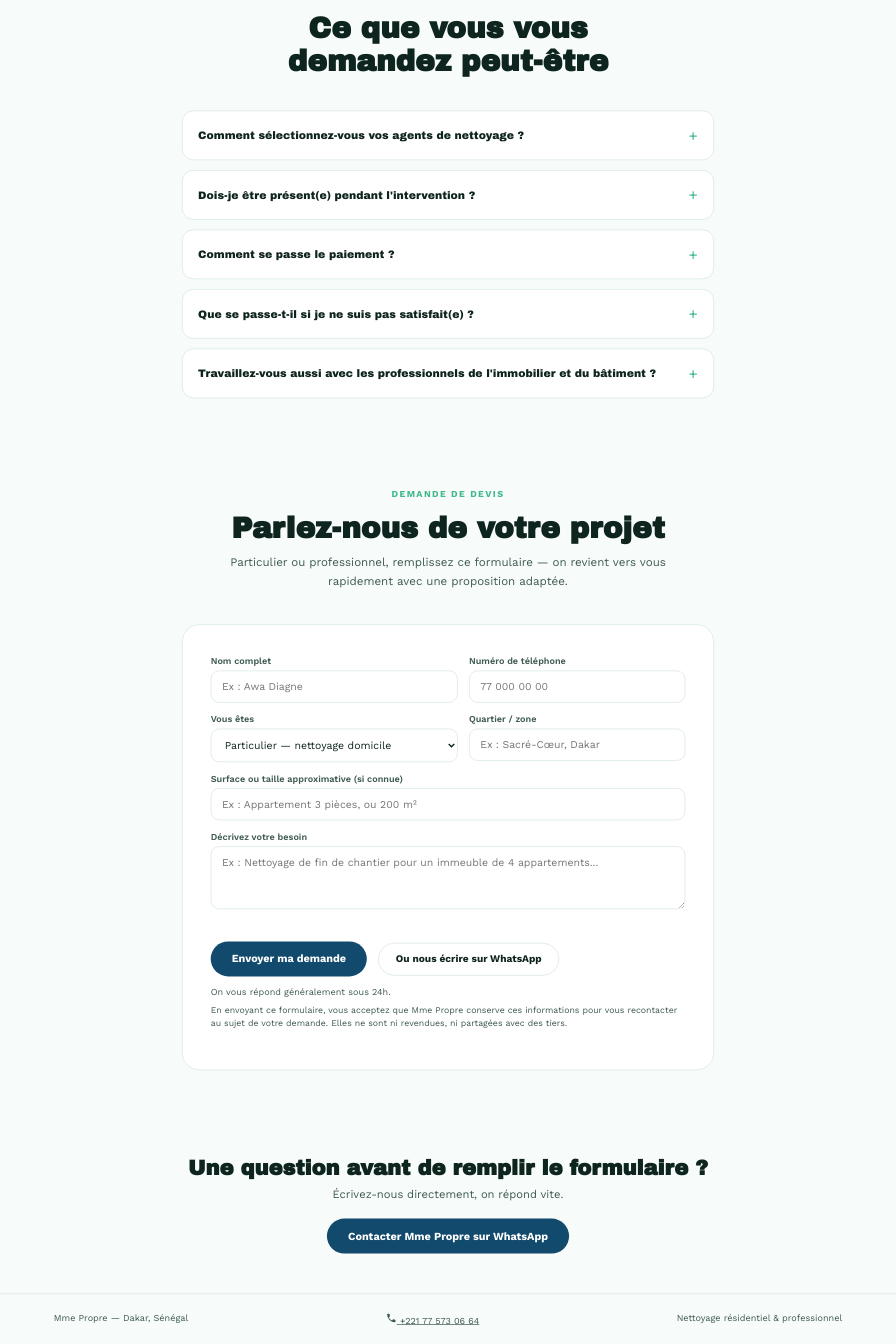
Repository: AntaaaKD/Mme-Propre
Page: index.html
The author's editor kept a copy of each file at every save. The page is drawn from the files as they stood at one save, then again after the next save.
The browser window is 1280 px wide. The pictures show the part of the page from y = 2467 to 4387 px (the page is 4387 px tall before and 4375 px after), at 70% of full size.

Above is the page before, as saved 2026-07-29 01:02:14.

### index.html
<!DOCTYPE html>
<html lang="fr">
<head>
<meta charset="UTF-8">
<meta name="viewport" content="width=device-width, initial-scale=1.0">
<title>Mme Propre — La propreté de votre demeure, en un clic</title>
<meta name="description" content="Nettoyage résidentiel et professionnel à Dakar : particuliers, bureaux, post-chantier. Agents de confiance, devis gratuit sous 24h.">

<!-- Aperçu de lien (WhatsApp, Facebook, etc.) -->
<meta property="og:type" content="website">
<meta property="og:title" content="Mme Propre — La propreté de votre demeure, en un clic">
<meta property="og:description" content="Nettoyage résidentiel et professionnel à Dakar : particuliers, bureaux, post-chantier. Agents de confiance, devis gratuit sous 24h.">
<meta property="og:image" content="https://images.unsplash.com/photo-1758272421751-963195322eaa?w=1200&auto=format&fit=crop&q=80">
<!-- ⚠️ Remplacer par l'URL réelle une fois le site déployé sur Netlify -->
<meta property="og:url" content="https://mme-propre.netlify.app/">
<meta name="twitter:card" content="summary_large_image">
<link rel="icon" type="image/png" href="data:[embedded picture, 38990 characters]">
<link rel="preconnect" href="https://fonts.googleapis.com">
<link rel="preconnect" href="https://fonts.gstatic.com" crossorigin>
<link href="https://fonts.googleapis.com/css2?family=Archivo+Black&family=Work+Sans:wght@400;500;600;700&display=swap" rel="stylesheet">

<!-- Sécurité : Cloudflare Turnstile -->
<script src="https://challenges.cloudflare.com/turnstile/v0/api.js" async defer></script>

<style>
  :root{
    --surface:#F7FBF9;
    --surface-2:#ECF5F0;
    --ink:#0E241E;
    --ink-soft:#3E5A52;
    --blue:#1D6FA5;
    --blue-deep:#124A6E;
    --mint:#3FB88C;
    --lemon:#F2C230;
    --line:#D6E6DE;
    --display:"Archivo Black", sans-serif;
    --body:"Work Sans", sans-serif;
  }
  *{box-sizing:border-box;}
  body{margin:0;padding:0;background:var(--surface);color:var(--ink);font-family:var(--body);}
  a{color:inherit;}
  section{scroll-margin-top:20px;}

  header{
    display:flex;align-items:center;justify-content:space-between;
    padding:15px 6vw;position:sticky;top:0;background:rgba(247,251,249,0.9);
    backdrop-filter:blur(6px);z-index:20;border-bottom:1px solid transparent;
  }
  .logo{display:flex;align-items:center;}
  .logo img{height:40px;width:auto;display:block;}
  nav{display:flex;align-items:center;gap:28px;}
  nav a.nav-link{font-size:14px;font-weight:600;color:var(--ink-soft);text-decoration:none;}
  .header-cta{
    font-size:14px;font-weight:700;color:#fff;background:var(--blue-deep);
    border-radius:999px;padding:11px 22px;text-decoration:none;
    transition:transform .15s ease;
  }
  .header-cta:hover{transform:translateY(-2px);}
  .header-cta-wa{
  display:inline-flex;align-items:center;gap:8px;background:var(--mint);
  box-shadow:0 6px 16px rgba(63,184,140,0.3);
}
.header-cta-wa:hover{box-shadow:0 10px 22px rgba(63,184,140,0.45);}
  @media (max-width:760px){ nav a.nav-link{display:none;} }

  .hero{position:relative;padding:6vh 6vw 10vh;overflow:hidden;}
  .hero-grid{position:relative;z-index:2;display:grid;grid-template-columns:1.1fr 0.9fr;gap:56px;align-items:center;}
  @media (max-width:860px){.hero-grid{grid-template-columns:1fr;gap:40px;} .hero-image{max-height:320px;}}
  .hero-image{position:relative;border-radius:24px;overflow:hidden;box-shadow:0 24px 50px rgba(14,36,30,0.12);aspect-ratio:1.1;}
  .hero-image img{width:100%;height:100%;object-fit:cover;display:block;}
  .eyebrow{font-size:13px;font-weight:700;letter-spacing:2px;text-transform:uppercase;color:var(--mint);margin-bottom:18px;}
  h1{font-family:var(--display);font-size:clamp(36px,5.5vw,64px);line-height:1.05;margin:0 0 22px;max-width:15ch;}
  h1 .accent{color:var(--blue);}
  .hero p.lead{font-size:18px;color:var(--ink-soft);max-width:46ch;line-height:1.6;margin:0 0 32px;}
  .hero-ctas{display:flex;gap:16px;align-items:center;flex-wrap:wrap;}
  .btn-primary{
    background:var(--mint);color:#fff;font-weight:700;padding:16px 32px;
    border-radius:999px;box-shadow:0 8px 24px rgba(63,184,140,0.25);text-decoration:none;
    transition:transform .2s ease, box-shadow .2s ease;
  }
  .btn-primary:hover{transform:translateY(-2px);box-shadow:0 12px 28px rgba(63,184,140,0.4);}
  .btn-secondary{font-weight:600;color:var(--blue-deep);padding:16px 24px;text-decoration:none;}

  .section{padding:9vh 6vw;}
  .section.alt{background:var(--surface-2);border-top:1px solid var(--line);border-bottom:1px solid var(--line);}
  .section-head{max-width:640px;margin:0 auto 48px;text-align:center;}
  .section-head .eyebrow{justify-content:center;display:flex;}
  .section-head h2{font-family:var(--display);font-size:clamp(28px,3.6vw,42px);margin:0 0 14px;}
  .section-head p{color:var(--ink-soft);font-size:16.5px;line-height:1.6;margin:0;}

    /* ---------- Qui sommes-nous / Valeurs ---------- */
  .values-grid{max-width:900px;margin:0 auto;display:grid;grid-template-columns:repeat(3,1fr);gap:24px;}
  @media (max-width:760px){.values-grid{grid-template-columns:1fr;}}
  .value-card{
    background:#fff;border:1.5px solid var(--line);border-radius:20px;padding:28px 24px;
    text-align:center;transition:transform .18s ease, box-shadow .18s ease;
  }
  .value-card:hover{transform:translateY(-4px);box-shadow:0 16px 32px rgba(14,36,30,0.08);}
  .value-icon{font-size:32px;display:block;margin-bottom:12px;}
  .value-card h4{font-family:var(--display);font-size:16px;margin:0 0 10px;}
  .value-card p{color:var(--ink-soft);font-size:14.5px;line-height:1.55;margin:0;}


  .offers{max-width:1120px;margin:0 auto;display:grid;grid-template-columns:repeat(4,1fr);gap:20px;}
  @media (max-width:980px){.offers{grid-template-columns:repeat(2,1fr);}}
  @media (max-width:560px){.offers{grid-template-columns:1fr;}}
  .offer-card{
    background:#fff;border:1.5px solid var(--line);border-radius:20px;padding:28px 24px;
    display:flex;flex-direction:column;gap:12px;transition:transform .18s ease, box-shadow .18s ease;
  }
  .offer-card:hover{transform:translateY(-4px);box-shadow:0 16px 32px rgba(14,36,30,0.08);}
  .offer-card .emoji{font-size:30px;}
  .offer-card h3{font-family:var(--display);font-size:18px;margin:0;line-height:1.3;}
  .offer-card p{color:var(--ink-soft);font-size:14.5px;line-height:1.55;margin:0;flex:1;}
  .offer-tag{
    align-self:flex-start;font-size:12px;font-weight:700;letter-spacing:0.5px;text-transform:uppercase;
    padding:5px 12px;border-radius:999px;
  }
  .tag-domicile{background:rgba(63,184,140,0.14);color:#1f6b4f;}
  .tag-pro{background:rgba(29,111,165,0.12);color:var(--blue-deep);}
  .offer-quote{font-size:13px;font-weight:600;color:var(--blue);margin-top:2px;}

  .steps{max-width:900px;margin:0 auto;display:grid;grid-template-columns:repeat(3,1fr);gap:28px;}
  @media (max-width:760px){.steps{grid-template-columns:1fr;}}
  .step{text-align:center;}
  .step-num{
    width:44px;height:44px;border-radius:50%;background:var(--blue-deep);color:#fff;
    display:flex;align-items:center;justify-content:center;font-family:var(--display);font-size:17px;
    margin:0 auto 16px;
  }
  .step h4{font-family:var(--display);font-size:17px;margin:0 0 8px;}
  .step p{color:var(--ink-soft);font-size:14.5px;line-height:1.55;margin:0;}

  .form-wrap{max-width:760px;margin:0 auto;background:#fff;border:1.5px solid var(--line);border-radius:24px;padding:44px 40px;}
  @media (max-width:600px){.form-wrap{padding:32px 22px;}}
  .grid{display:grid;grid-template-columns:1fr 1fr;gap:16px;}
  @media (max-width:680px){.grid{grid-template-columns:1fr;}}
  .field{display:flex;flex-direction:column;gap:6px;}
  .field.full{grid-column:1/-1;}
  label{font-size:13px;font-weight:600;color:var(--ink-soft);}
  input,select,textarea{
    font-family:var(--body);font-size:15px;border:1.5px solid var(--line);border-radius:12px;
    padding:13px 15px;background:#fff;color:var(--ink);outline:none;transition:border-color .18s ease;
  }
  input:focus,select:focus,textarea:focus{border-color:var(--blue);}
  textarea{resize:vertical;min-height:90px;}

  .security-row { margin-top: 10px; display: flex; justify-content: center; width: 100%; }

  .submit-row{margin-top:20px;display:flex;align-items:center;gap:16px;flex-wrap:wrap;}
  .btn-whatsapp{
    display:inline-flex;align-items:center;gap:10px;background:var(--mint);color:#fff;border:none;
    border-radius:999px;padding:15px 26px;font-family:var(--body);font-weight:700;font-size:15px;cursor:pointer;
    transition:transform .15s ease, box-shadow .15s ease;
  }
  .btn-whatsapp:hover{transform:translateY(-2px);box-shadow:0 8px 22px rgba(63,184,140,0.35);}
  .btn-whatsapp:disabled{opacity:0.6;cursor:not-allowed;transform:none;}
  .btn-whatsapp-outline{
    display:inline-flex;align-items:center;gap:10px;background:#fff;color:var(--ink);border:1.5px solid var(--line);
    border-radius:999px;padding:14px 24px;font-family:var(--body);font-weight:700;font-size:14.5px;cursor:pointer;
    transition:transform .15s ease, border-color .15s ease;
  }
  .btn-whatsapp-outline:hover{transform:translateY(-2px);border-color:var(--mint);}
  .hint{font-size:13px;color:var(--ink-soft);}
  .privacy-note{font-size:12.5px;color:var(--ink-soft);margin-top:10px;line-height:1.5;}
  .hp-field{position:absolute;left:-9999px;top:-9999px;height:0;width:0;overflow:hidden;}

  .direct{padding:8vh 6vw;text-align:center;}

  /* ---------- FAQ ---------- */
  .faq-list{max-width:760px;margin:0 auto;display:flex;flex-direction:column;gap:14px;}
  .faq-item{
    background:#fff;border:1.5px solid var(--line);border-radius:16px;
    padding:6px 22px;transition:border-color .18s ease;
  }
  .faq-item[open]{border-color:var(--mint);}
  .faq-item summary{
    padding:16px 0;font-family:var(--display);font-size:15.5px;cursor:pointer;
    list-style:none;display:flex;align-items:center;justify-content:space-between;gap:16px;color:var(--ink);
  }
  .faq-item summary::-webkit-details-marker{display:none;}
  .faq-item summary::after{
    content:"+";font-family:var(--body);font-size:22px;font-weight:400;color:var(--mint);flex-shrink:0;
    transition:transform .2s ease;
  }
  .faq-item[open] summary::after{transform:rotate(45deg);}
  .faq-item p{color:var(--ink-soft);font-size:14.5px;line-height:1.6;margin:0 0 18px;}
  .direct h3{font-family:var(--display);font-size:clamp(22px,3vw,30px);margin:0 0 12px;}
  .direct p{color:var(--ink-soft);margin:0 0 26px;font-size:16px;}
  .btn-direct{
    display:inline-flex;align-items:center;gap:10px;
    background:var(--blue-deep);color:#fff;border:none;border-radius:999px;
    padding:16px 30px;font-family:var(--body);font-weight:700;font-size:15.5px;text-decoration:none;
    transition:transform .15s ease;
  }
  .btn-direct:hover{transform:translateY(-2px);}

  footer{padding:26px 6vw;border-top:1px solid var(--line);font-size:13px;color:var(--ink-soft);display:flex;justify-content:space-between;flex-wrap:wrap;gap:10px;}
</style>
</head>
<body>

<header>
  <div class="logo"><img src="data:[embedded picture, 79982 characters]" alt="Mme Propre"></div>
    <nav>
    <a class="nav-link" href="#apropos">Qui sommes-nous</a>
    <a class="nav-link" href="#offres">Nos offres</a>
    <a class="nav-link" href="#comment">Comment ça marche</a>
    <a class="nav-link" href="#faq">FAQ</a>
    <a class=" header-cta header-cta-wa" id="direct-wa" href="#" target="_blank" rel="noopener">
  <svg viewBox="0 0 24 24" width="18" height="18" fill="currentColor" aria-hidden="true">
    <path d="M12 2C6.48 2 2 6.48 2 12c0 1.85.5 3.58 1.38 5.07L2 22l5.11-1.34A9.94 9.94 0 0 0 12 22c5.52 0 10-4.48 10-10S17.52 2 12 2zm0 18c-1.63 0-3.16-.44-4.48-1.21l-.32-.19-3.03.79.81-2.95-.21-.31A7.94 7.94 0 0 1 4 12c0-4.41 3.59-8 8-8s8 3.59 8 8-3.59 8-8 8zm4.36-5.86c-.24-.12-1.42-.7-1.64-.78-.22-.08-.38-.12-.54.12-.16.24-.62.78-.76.94-.14.16-.28.18-.52.06-.24-.12-1.01-.37-1.92-1.19-.71-.63-1.19-1.41-1.33-1.65-.14-.24-.01-.37.11-.49.11-.11.24-.28.36-.42.12-.14.16-.24.24-.4.08-.16.04-.3-.02-.42-.06-.12-.54-1.3-.74-1.78-.19-.46-.39-.4-.54-.4-.14 0-.3-.02-.46-.02s-.42.06-.64.3c-.22.24-.84.82-.84 2s.86 2.32.98 2.48c.12.16 1.7 2.6 4.12 3.64.58.25 1.03.4 1.38.51.58.18 1.11.16 1.53.1.47-.07 1.42-.58 1.62-1.14.2-.56.2-1.04.14-1.14-.06-.1-.22-.16-.46-.28z"/>
  </svg>
  <span>Contacter par WhatsApp</span>
</a>
  </nav>
</header>

<section class="hero">
  <div class="hero-grid">
    <div>
      <div class="eyebrow">Dakar · Conciergerie & Nettoyage</div>
      <h1>Votre espace impeccable, <span class="accent">sans effort.</span></h1>
      <p class="lead">Mme Propre réinvente le nettoyage résidentiel et professionnel à Dakar. Profitez d'interventions sur-mesure, réalisées par des agents de confiance rigoureusement sélectionnés.</p>
      <div class="hero-ctas">
        <a href="#devis" class="btn-direct">Demander un devis</a>
        <a href="#offres" class="btn-secondary">Découvrir nos offres ↓</a>
      </div>
    </div>
    <div class="hero-image">
      <img src="https://african.land/oc-content/plugins/blog/img/blog/328.jpg" alt="Nettoyage professionnel de maison à Dakar">

    </div>
  </div>
</section>



<!-- ============ NOUVELLE SECTION : QUI SOMMES-NOUS ============ -->
<section class="section alt" id="apropos">
  <div class="section-head">
    <div class="eyebrow">Qui sommes-nous</div>
    <h2>Une petite équipe, une vraie exigence</h2>
    <p>Mme Propre est une structure dakaroise qui démarre avec une conviction simple : chaque intervention doit être confiée à quelqu'un de confiance, comme si c'était chez nous.</p>
  </div>
  <div class="values-grid">
    <div class="value-card">
      <span class="value-icon">🤝</span>
      <h4>Confiance</h4>
      <p>Chaque agent est vérifié (pièce d'identité, personne de référence) avant de rejoindre l'équipe.</p>
    </div>
    <div class="value-card">
      <span class="value-icon">✨</span>
      <h4>Qualité</h4>
      <p>Un travail soigné, adapté à chaque logement, avec des produits efficaces et respectueux.</p>
    </div>
    <div class="value-card">
      <span class="value-icon">⏱️</span>
      <h4>Ponctualité</h4>
      <p>On respecte votre temps et votre maison — on arrive à l'heure convenue.</p>
    </div>
  </div>
</section>
<!-- ============ FIN NOUVELLE SECTION ============ -->

<section class="section" id="offres">
  <div class="section-head">
    <div class="eyebrow">Nos services</div>
    <h2>Une offre pour chaque besoin</h2>
    <p>Que vous soyez un particulier ou un professionnel, on adapte notre intervention à votre situation — chaque devis est personnalisé.</p>
  </div>
  <div class="offers">
    <div class="offer-card">
      <span class="emoji">🏠</span>
      <span class="offer-tag tag-domicile">Particuliers</span>
      <h3>Nettoyage journalier</h3>
      <p>Un passage quotidien pour garder votre logement impeccable, adapté à votre emploi du temps.</p>
      <span class="offer-quote">Sur devis</span>
    </div>
    <div class="offer-card">
      <span class="emoji">📅</span>
      <span class="offer-tag tag-domicile">Particuliers</span>
      <h3>Nettoyage hebdomadaire</h3>
      <p>Une intervention régulière chaque semaine, pour un entretien constant sans y penser.</p>
      <span class="offer-quote">Sur devis</span>
    </div>
    <div class="offer-card">
      <span class="emoji">🧹</span>
      <span class="offer-tag tag-domicile">Particuliers</span>
      <h3>Grand ménage</h3>
      <p>Une remise à neuf en profondeur : vitres, recoins difficiles, placards et lessivage des portes, pour un logement comme neuf.</p>
      <span class="offer-quote">Sur devis</span>
    </div>
    <div class="offer-card">
      <span class="emoji">🏗️</span>
      <span class="offer-tag tag-pro">Professionnels</span>
      <h3>Nettoyage post-chantier</h3>
      <p>Remise en état complète après travaux ou finitions : poussière, résidus, vitres — locaux et logements neufs prêts à livrer.</p>
      <span class="offer-quote">Sur devis</span>
    </div>
  </div>
</section>

<section class="section alt" id="comment">
  <div class="section-head">
    <div class="eyebrow">Simple et rapide</div>
    <h2>Comment ça marche</h2>
  </div>
  <div class="steps">
    <div class="step">
      <div class="step-num">1</div>
      <h4>Vous nous contactez</h4>
      <p>Décrivez votre besoin via le formulaire ou directement sur WhatsApp : type de bien, surface, fréquence souhaitée.</p>
    </div>
    <div class="step">
      <div class="step-num">2</div>
      <h4>On évalue ensemble</h4>
      <p>Selon la situation, on échange par téléphone et on organise une visite pour établir un devis précis et adapté.</p>
    </div>
    <div class="step">
      <div class="step-num">3</div>
      <h4>Intervention programmée</h4>
      <p>Une fois le devis validé, on planifie l'intervention à la date qui vous convient le mieux.</p>
    </div>
  </div>
</section>

<section class="section" id="faq">
  <div class="section-head">
    <div class="eyebrow">Questions fréquentes</div>
    <h2>Ce que vous vous demandez peut-être</h2>
  </div>
  <div class="faq-list">
    <details class="faq-item">
      <summary>Comment sélectionnez-vous vos agents de nettoyage ?</summary>
      <p>Chaque candidat passe par une vérification d'identité (pièce d'identité) et fournit une personne de référence avant de rejoindre l'équipe. On reste une petite structure qui démarre, donc chaque profil est validé personnellement plutôt que via un processus automatisé.</p>
    </details>
    <details class="faq-item">
      <summary>Dois-je être présent(e) pendant l'intervention ?</summary>
      <p>Ce n'est pas obligatoire, mais c'est recommandé pour la toute première intervention afin de valider ensemble vos attentes et l'accès au logement. Pour les interventions suivantes, on s'organise selon ce qui vous convient le mieux.</p>
    </details>
    <details class="faq-item">
      <summary>Comment se passe le paiement ?</summary>
      <p>Les modalités (montant, moyen de paiement, fréquence) sont fixées ensemble au moment du devis, avant toute intervention — vous savez exactement à quoi vous attendre dès le départ.</p>
    </details>
    <details class="faq-item">
      <summary>Que se passe-t-il si je ne suis pas satisfait(e) ?</summary>
      <p>Contactez-nous directement — on préfère de loin ajuster le service avec vous plutôt que de laisser un problème sans réponse.</p>
    </details>
    <details class="faq-item">
      <summary>Travaillez-vous aussi avec les professionnels de l'immobilier et du bâtiment ?</summary>
      <p>Oui — nettoyage post-chantier, remise en état de logements neufs ou de locaux avant livraison. Contactez-nous pour discuter de vos besoins, ponctuels ou récurrents.</p>
    </details>
  </div>
</section>

<section class="section" id="devis">
  <div class="section-head">
    <div class="eyebrow">Demande de devis</div>
    <h2>Parlez-nous de votre projet</h2>
    <p>Particulier ou professionnel, remplissez ce formulaire — on revient vers vous rapidement avec une proposition adaptée.</p>
  </div>

  <div class="form-wrap">
    <div class="grid">
      <div class="field"><label for="d-nom">Nom complet</label><input id="d-nom" type="text" required maxlength="80" autocomplete="name" placeholder="Ex : Awa Diagne"></div>
      <div class="field"><label for="d-tel">Numéro de téléphone</label><input id="d-tel" type="tel" required maxlength="25" autocomplete="tel" inputmode="tel" pattern="^[0-9+ ]{7,25}$" placeholder="77 000 00 00"></div>
      <div class="field">
        <label for="d-type">Vous êtes</label>
        <select id="d-type">
          <option value="Particulier — Domicile">Particulier — nettoyage domicile</option>
          <option value="Pro — Post-chantier">Professionnel — nettoyage post-chantier</option>
          <option value="Pro — Bureaux/Locaux">Professionnel — bureaux / locaux</option>
          <option value="Autre">Autre</option>
        </select>
      </div>
      <div class="field"><label for="d-zone">Quartier / zone</label><input id="d-zone" type="text" placeholder="Ex : Sacré-Cœur, Dakar" maxlength="100"></div>
      <div class="field full"><label for="d-surface">Surface ou taille approximative (si connue)</label><input id="d-surface" type="text" placeholder="Ex : Appartement 3 pièces, ou 200 m²" maxlength="100"></div>
      <div class="field full">
        <label for="d-msg">Décrivez votre besoin</label>
        <textarea id="d-msg" maxlength="1000" placeholder="Ex : Nettoyage de fin de chantier pour un immeuble de 4 appartements..."></textarea>
      </div>

      <!-- Champ piège anti-bot : invisible pour un humain, souvent rempli par les robots -->
      <div class="field full hp-field" aria-hidden="true">
        <label for="d-site">Laisser ce champ vide</label>
        <input id="d-site" type="text" tabindex="-1" autocomplete="off">
      </div>

      <div class="field full security-row">
        <div class="cf-turnstile" data-sitekey="0x4AAAAAAD6Cu6YosposxSZD"></div>
      </div>
    </div>

    <div class="submit-row">
      <button class="btn-direct" id="submit-btn">Envoyer ma demande</button>
      <button class="btn-whatsapp-outline" id="wa-direct-btn">Ou nous écrire sur WhatsApp</button>
    </div>
    <div class="hint" id="submit-status" style="margin-top:14px;">On vous répond généralement sous 24h.</div>
    <p class="privacy-note">En envoyant ce formulaire, vous acceptez que Mme Propre conserve ces informations pour vous recontacter au sujet de votre demande. Elles ne sont ni revendues, ni partagées avec des tiers.</p>
  </div>
</section>

<section class="direct">
  <h3>Une question avant de remplir le formulaire ?</h3>
  <p>Écrivez-nous directement, on répond vite.</p>
  <a class="btn-direct" id="direct-wa1" href="#" target="_blank" rel="noopener">Contacter Mme Propre sur WhatsApp</a>
</section>

<footer>
  <span>Mme Propre — Dakar, Sénégal</span>
  <a class="footer-phone" href="tel:+221775730664">
    <svg viewBox="0 0 24 24" width="16" height="16" fill="currentColor" aria-hidden="true">
      <path d="M6.62 10.79a15.05 15.05 0 0 0 6.59 6.59l2.2-2.2a1 1 0 0 1 1.02-.24 11.36 11.36 0 0 0 3.57.57 1 1 0 0 1 1 1V20a1 1 0 0 1-1 1A17 17 0 0 1 3 4a1 1 0 0 1 1-1h3.5a1 1 0 0 1 1 1 11.36 11.36 0 0 0 .57 3.57 1 1 0 0 1-.25 1.02l-2.2 2.2z"/>
    </svg>
    <span>+221 77 573 06 64</span>
  </a>
  <span>Nettoyage résidentiel & professionnel</span>
</footer>
<script src="script.js"></script>

</body>
</html>

Loaded but not shown: script.js (106 lines, source omitted)

After the next save:
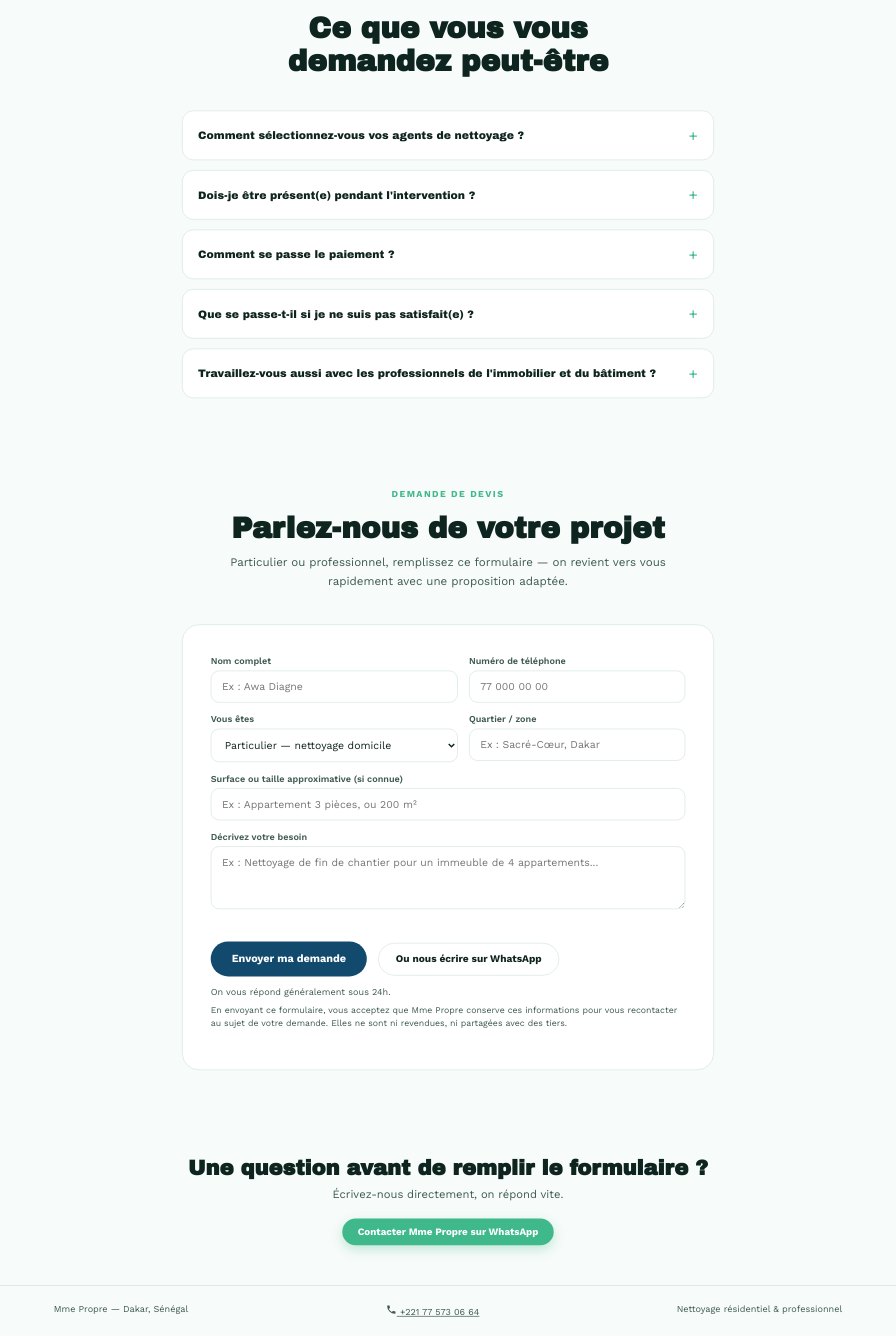
Saved 66 s later.
--- a/index.html
+++ b/index.html
@@ -404,7 +404,7 @@
 <section class="direct">
   <h3>Une question avant de remplir le formulaire ?</h3>
   <p>Écrivez-nous directement, on répond vite.</p>
-  <a class="btn-direct" id="direct-wa1" href="#" target="_blank" rel="noopener">Contacter Mme Propre sur WhatsApp</a>
+  <a class="header-cta header-cta-wa" id="direct-wa1" href="#" target="_blank" rel="noopener">Contacter Mme Propre sur WhatsApp</a>
 </section>
 
 <footer>
